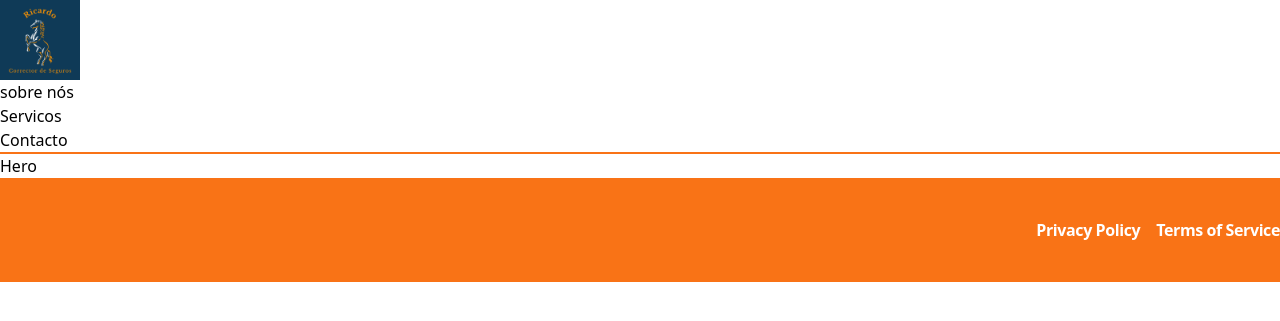
Repository: Arturgouveia1970/ricardo-seguros
Page: /
The author's editor kept a copy of each file at every save. The page is drawn from the files as they stood at one save, then again after the next save.
The browser window is 1280 px wide. The pictures show the whole page.
The project was rebuilt for these pictures with package versions that can differ from the ones it lists, and the page was loaded fresh each time. Also part of the build but not shown: vite.config.js.

Above is the page before, as saved 2024-04-03 15:56:31.

### src/App.jsx
import Footer from './components/Footer';
import Header from './components/Header';
import Hero from './components/Hero';

function App() {
  return (
    <div>
      <Header />
      <Hero />
      <Footer />
    </div>
  )
}

export default App

### src/components/Footer.jsx
const Footer = () => {
  return (
    <div className="bg-orange-500 py-10">
      <div className="container mx-auto flex flex-col md:flex-row justify-between items-center">
        <span className="text-3xl text-white font-bold tracking-tight">

        </span>
        <span className="text-white font-bold tracking-tight flex gap-4">
          <span>Privacy Policy</span>
          <span>Terms of Service</span>
        </span>
      </div>
    </div>
  );
};

export default Footer;

### src/components/Header.jsx
//import { Link } from 'react-router-dom';
// import { logo } from './assets/ricardo2.png'

function Header() {
  return (
    <div className="border-b-2 border-b-orange-500 bg-blue  ">
      <div className="h-20 w-20">
        <img src={"/src/assets/ricardo2.png"} alt="logo"  />
      </div>
      <ul>
        <li>sobre nós</li>
        <li>Servicos</li>
        <li>Contacto</li>
      </ul>

    </div>

  )
}

export default Header

### src/components/Hero.jsx
function Hero() {
  return (
    <div>
      Hero
    </div>
  )
}

export default Hero

Loaded but not shown: index.html (common file); src/main.jsx (common file); src/index.css (common file); tailwind.config.js (common file)

After the next save:
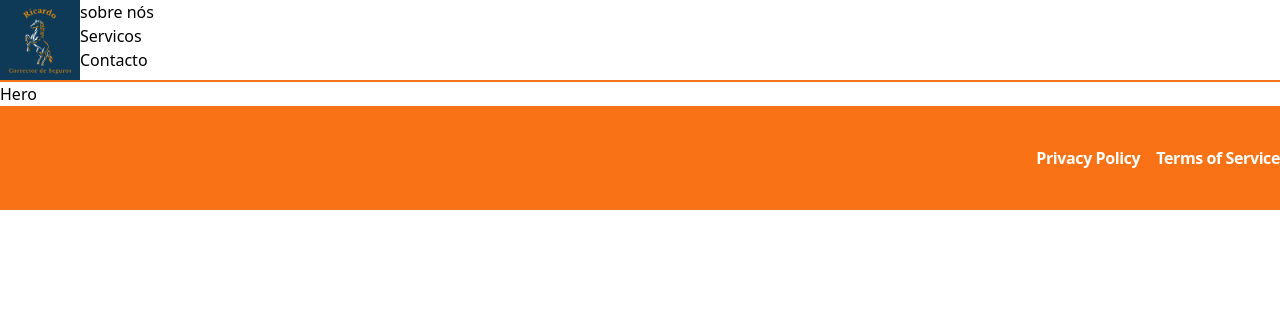
Saved 5 s later.
--- a/src/components/Header.jsx
+++ b/src/components/Header.jsx
@@ -3,7 +3,7 @@
 
 function Header() {
   return (
-    <div className="border-b-2 border-b-orange-500 bg-blue  ">
+    <div className="border-b-2 border-b-orange-500 bg-blue flex ">
       <div className="h-20 w-20">
         <img src={"/src/assets/ricardo2.png"} alt="logo"  />
       </div>
